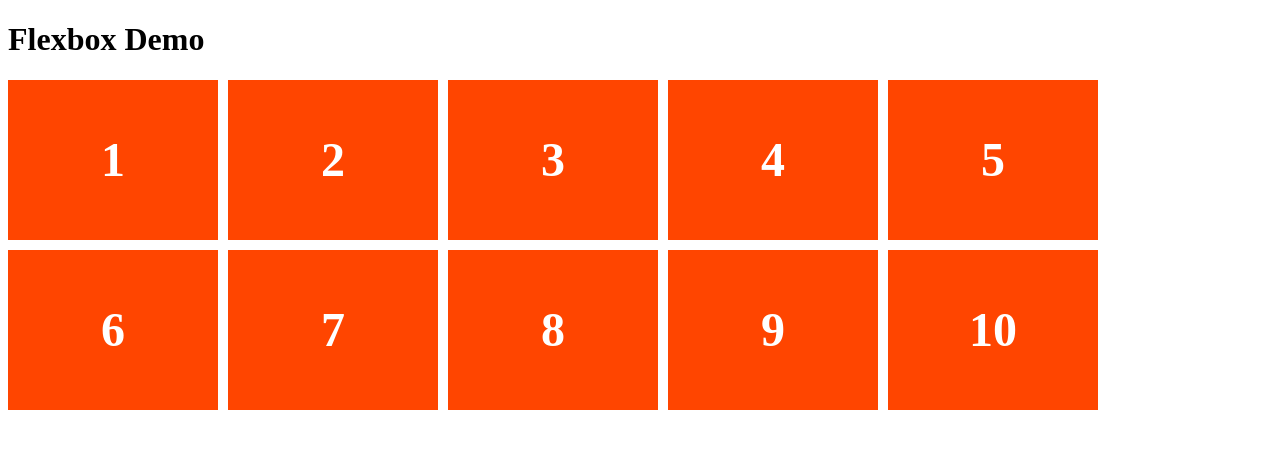
Repository: aniatot/CSS_KT
Page: 6 Flexbox Demo Project/index2.html
An editor plug-in stored every save of this project. The page is shown before and after the next save, followed by the edit.
The browser window is 1280 px wide. The pictures show the whole page.
Some web fonts or font styles are not loaded; a fallback is used.

Above is the page before, as saved 2023-10-19 02:16:09.

After the next save:
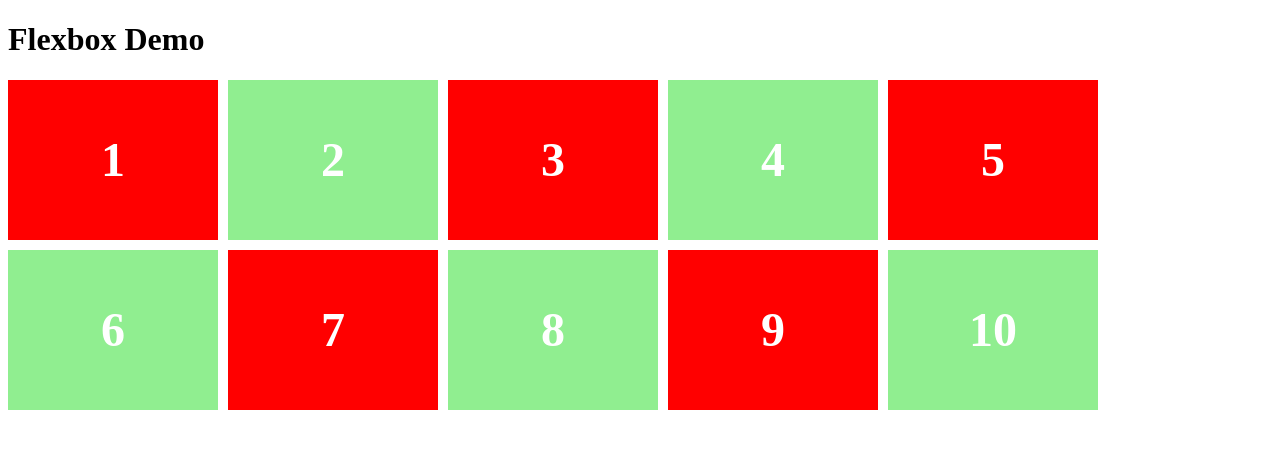
Saved 105 s later.
--- a/6 Flexbox Demo Project/index2.html
+++ b/6 Flexbox Demo Project/index2.html
@@ -22,7 +22,6 @@
 }
 
 .flex-item {
-  background: orangered;
   padding: 5px;
   width: 200px;
   height: 150px;
@@ -31,6 +30,14 @@
   font-weight: bold;
   font-size: 3em;
   text-align: center;
+}
+
+.flex-item:nth-child(odd) {
+  background: red;
+}
+
+.flex-item:nth-child(even) {
+  background: lightgreen;
 }
   </style>
 </head>
